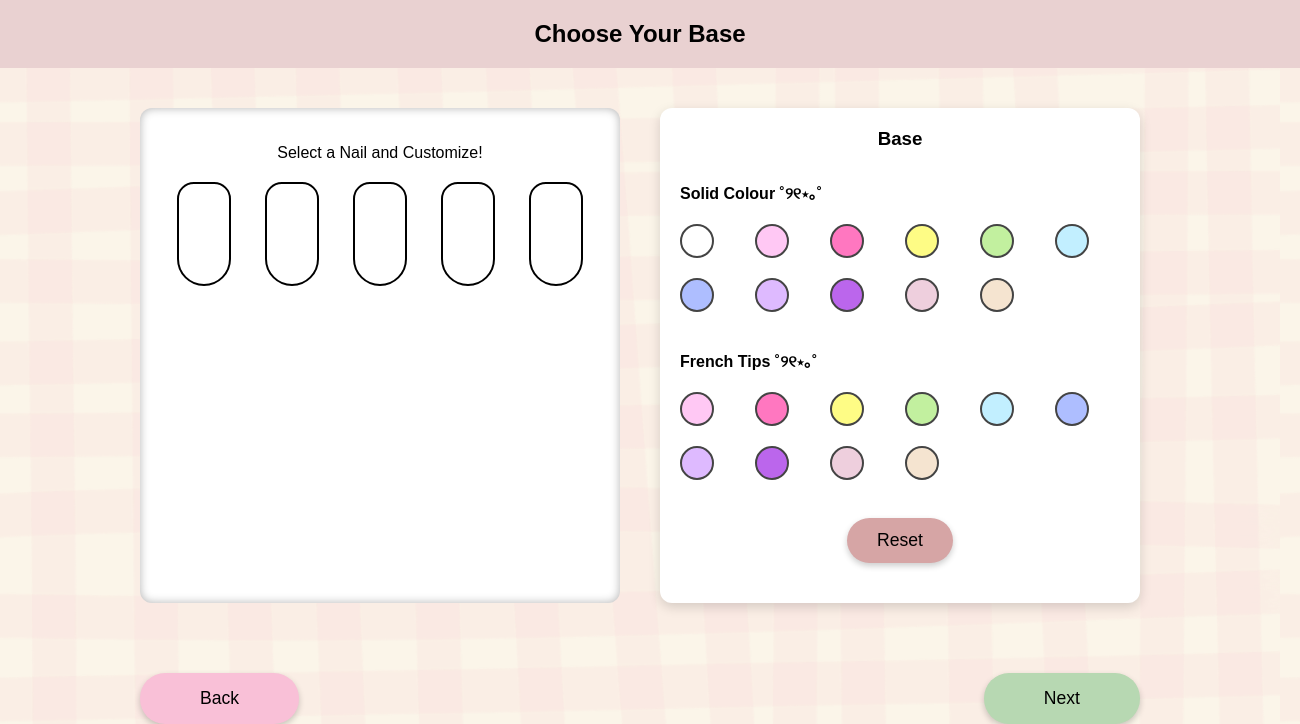
Repository: amolwalia/Fluidity-Lab
Page: base-paint.html
The author's editor kept a copy of each file at every save. The page is drawn from the files as they stood at one save, then again after the next save.
The browser window is 1280 px wide. The page is 1300 px wide, so the pictures cover 1300 px, including what lies to the right of the window. The pictures show the whole page.

Above is the page before, as saved 2025-05-11 19:27:52.

After the next save:
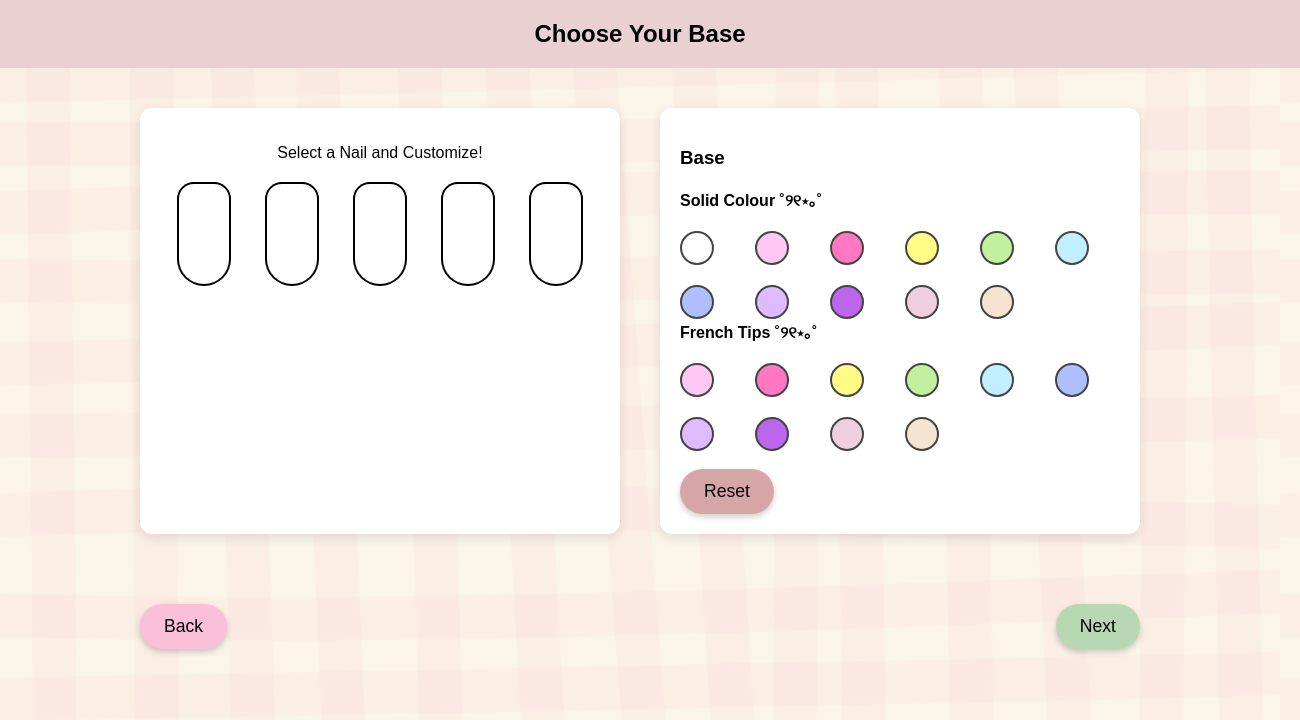
Saved 7 min 52 s later.
--- a/base-paint.html
+++ b/base-paint.html
@@ -81,9 +81,7 @@
             onclick="setColor('#F5E4D0', false)"
           ></div>
         </div>
-        <br />
-        <br />
-        <strong class="french">French Tips ˚୨୧⋆｡˚</strong>
+        <strong>French Tips ˚୨୧⋆｡˚</strong>
         <div class="colors">
           <div
             class="color"
--- a/styles/basepaints.css
+++ b/styles/basepaints.css
@@ -29,13 +29,11 @@ header {
   background: #fff;
   border-radius: 12px;
   padding: 20px;
-  box-shadow: 0 4px 12px rgba(0, 0, 0, 0.15);
-
+  box-shadow: 0 4px 12px rgba(0, 0, 0, 0.1);
 }
 .nail-area {
   flex: 1;
   margin-right: 40px;
-  box-shadow: inset 0 0 10px rgba(0, 0, 0, 0.3);
 }
 .palette {
   flex: 1;
@@ -54,28 +52,6 @@ header {
   position: relative;
   overflow: hidden;
 }
-
-h3 {
-  text-align: center;
-  margin-top: 0;
-  margin-bottom: 30px;
-
-}
-strong.custom {
-  display: inline-block;
-  margin-bottom: 30px;
-}
-
-.btn-brown {
-    display: block;
-    margin: 20px auto;
-}
-
-
-.french {
-  margin-bottom: 10px
-}
-
 .french-tip-overlay {
   position: absolute;
   top: 0;
@@ -119,7 +95,7 @@ strong.custom {
   margin-top: 30px;
 }
 .btn {
-  padding: 12px 30px;
+  padding: 12px 24px;
   font-size: 1.1rem;
   background-color: #b7d8b2;
   border: none;
@@ -134,11 +110,9 @@ strong.custom {
 }
 .btn-pink {
   background-color: #f9c0d7;
-  padding: 15px 60px;
 }
 .btn-green {
   background-color: #b7d8b2;
-  padding: 15px 60px;
 }
 .btn-brown {
   background-color: #d6a5a5;
